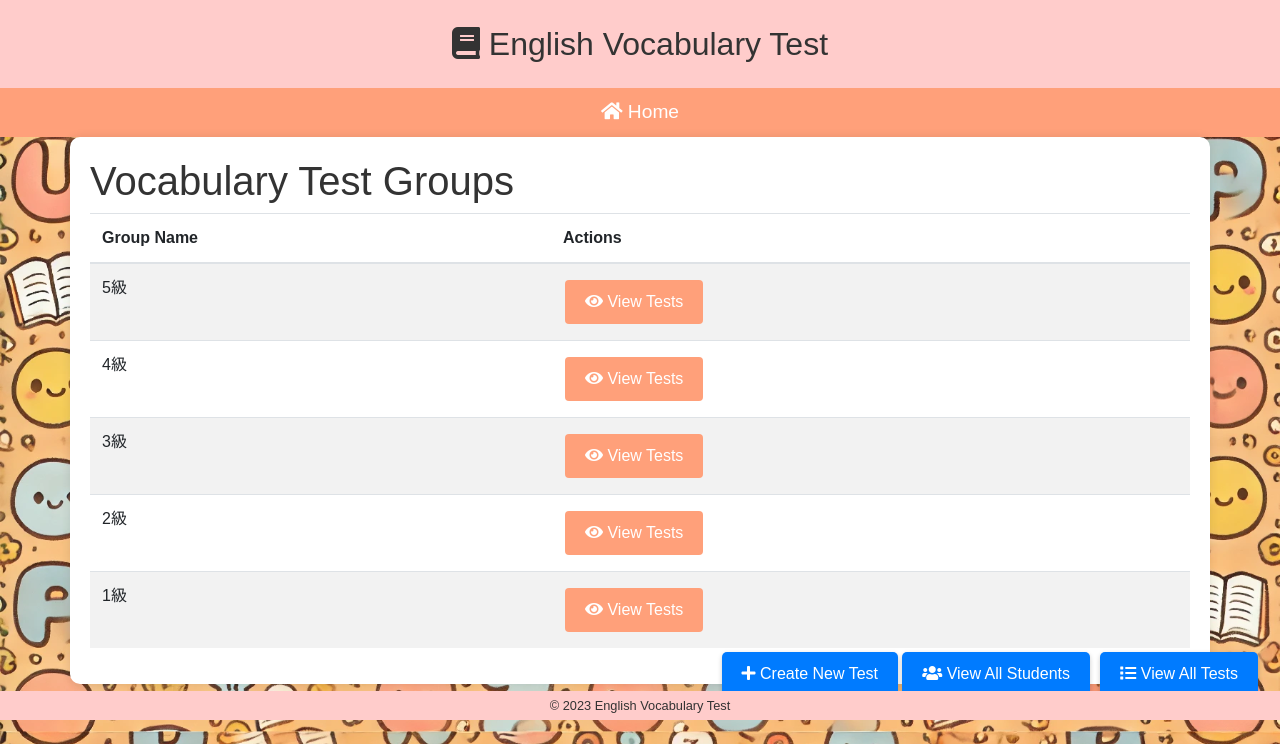
Repository: YamatoGH/testapp
Page: http://localhost/
These files come from the project's save history. The page is drawn as it stood at one moment and after the next save; the edit follows.
The browser window is 1280 px wide. The pictures show the whole page.
Backgrounds fixed to the window are drawn as part of the page. The page is served by the project's application, run on Django 5.2 (manage.py). Other server files are loaded and not shown. The page reads the database file committed with the project.

Above is the page before, as saved 2024-07-21 08:55:48.

### testapp/templates/testapp/home.html
{% extends "testapp/base.html" %}

{% block title %}Home{% endblock %}

{% block content %}
<h1>Vocabulary Test Groups</h1>
<table class="table table-striped table-hover">
    <thead>
        <tr>
            <th>Group Name</th>
            <th>Actions</th>
        </tr>
    </thead>
    <tbody>
        {% for group in groups %}
        <tr>
            <td>{{ group.name }}</td>
            <td><a href="{% url 'group_tests' group.id %}" class="btn btn-custom"><i class="fas fa-eye"></i> View Tests</a></td>
        </tr>
        {% endfor %}
    </tbody>
</table>

<!-- 新しいテストを作成するボタン -->
<a href="{% url 'create_test' %}" class="btn btn-custom create-test-button"><i class="fas fa-plus"></i> Create New Test</a>

<!-- すべての生徒を表示するボタン -->
<a href="{% url 'student_list' %}" class="btn btn-custom view-all-students-button"><i class="fas fa-users"></i> View All Students</a>

<!-- すべてのテストを表示するボタン -->
<a href="{% url 'all_tests' %}" class="btn btn-custom all-tests-button"><i class="fas fa-list"></i> View All Tests</a>

{% endblock %}

### testapp/templates/testapp/base.html
<!DOCTYPE html>
<html>
<head>
    {% load static %}
    <title>{% block title %}English Vocabulary Test{% endblock %}</title>
    <link rel="stylesheet" href="https://stackpath.bootstrapcdn.com/bootstrap/4.3.1/css/bootstrap.min.css">
    <link rel="stylesheet" href="https://cdnjs.cloudflare.com/ajax/libs/font-awesome/5.15.3/css/all.min.css">
    <link rel="stylesheet" type="text/css" href="{% static 'testapp/css/style.css' %}">
</head>
<body>
    <header>
        <i class="fas fa-book"></i> English Vocabulary Test
    </header>
    <nav>
        <a href="{% url 'home' %}"><i class="fas fa-home"></i> Home</a>
    </nav>
    <div class="container">
        {% block content %}{% endblock %}
    </div>
    <footer>
        &copy; 2023 English Vocabulary Test
    </footer>
</body>
<script>
    document.addEventListener("DOMContentLoaded", function() {
        var coll = document.getElementsByClassName("collapsible");
        for (var i = 0; i < coll.length; i++) {
            coll[i].addEventListener("click", function() {
                this.classList.toggle("active");
                var content = this.nextElementSibling;
                if (content.style.display === "block") {
                    content.style.display = "none";
                } else {
                    content.style.display = "block";
                }
            });
        }
    });
</script>
</html>

### testapp/models.py
from django.db import models

class Group(models.Model):
    name = models.CharField(max_length=100)

    def __str__(self):
        return self.name

class Test(models.Model):
    title = models.CharField(max_length=100)
    description = models.TextField(null=True, blank=True)
    words = models.ManyToManyField('Word', blank=True)
    group = models.ForeignKey(Group, on_delete=models.CASCADE, related_name='tests', null=True, blank=True)

    def __str__(self):
        return self.title

class Word(models.Model):
    word = models.CharField(max_length=100)
    meaning = models.CharField(max_length=255)

    def __str__(self):
        return self.word

class Student(models.Model):
    name = models.CharField(max_length=100)

    def __str__(self):
        return f"{self.name} "

### testapp/views.py
import csv
import pandas as pd
from django.shortcuts import render, redirect, get_object_or_404
from django.forms import formset_factory
from .forms import TestForm, WordForm
from .models import Word, Test, Group, Student
import random

def create_test(request):
    WordFormSet = formset_factory(WordForm, extra=1)
    if request.method == 'POST':
        form = TestForm(request.POST, request.FILES)
        formset = WordFormSet(request.POST, prefix='words')
        if form.is_valid() and formset.is_valid():
            test = form.save(commit=False)
            test.save()
            for word_form in formset:
                word = word_form.cleaned_data.get('word')
                meaning = word_form.cleaned_data.get('meaning')
                if word and meaning:
                    word_obj, created = Word.objects.get_or_create(word=word, meaning=meaning)
                    test.words.add(word_obj)
            if 'file' in request.FILES:
                file = request.FILES['file']
                if file.name.endswith('.csv'):
                    reader = csv.reader(file.read().decode('utf-8').splitlines())
                    for row in reader:
                        if len(row) == 2:
                            word, meaning = row
                            word_obj, created = Word.objects.get_or_create(word=word.strip(), meaning=meaning.strip())
                            test.words.add(word_obj)
                elif file.name.endswith('.xlsx'):
                    df = pd.read_excel(file)
                    for _, row in df.iterrows():
                        if len(row) >= 2:
                            word, meaning = row[0], row[1]
                            word_obj, created = Word.objects.get_or_create(word=word.strip(), meaning=meaning.strip())
                            test.words.add(word_obj)
            return redirect('home')
    else:
        form = TestForm()
        formset = WordFormSet(prefix='words')
    return render(request, 'testapp/create_test.html', {'form': form, 'formset': formset})

def all_tests(request):
    tests = Test.objects.all()
    return render(request, 'testapp/all_tests.html', {'tests': tests})

def group_tests(request, group_id):
    group = get_object_or_404(Group, id=group_id)
    tests = group.tests.all()  # 'tests' は 'related_name' に基づく
    return render(request, 'testapp/group_tests.html', {'group': group, 'tests': tests})

def home(request):
    groups = Group.objects.all()
    return render(request, 'testapp/home.html', {'groups': groups})

def test_detail(request, test_id):
    test = get_object_or_404(Test, id=test_id)
    words = test.words.all()
    return render(request, 'testapp/test_detail.html', {'test': test, 'words': words})

def print_test(request, test_id, start_index, end_index, shuffle):
    test = get_object_or_404(Test, id=test_id)
    words = list(test.words.all())
    if shuffle == 'yes':
        random.shuffle(words)
    words = words[start_index:end_index]
    return render(request, 'testapp/print_test.html', {'test': test, 'words': words})

def print_test_with_answers(request, test_id, start_index, end_index, shuffle):
    test = get_object_or_404(Test, id=test_id)
    words = list(test.words.all())
    if shuffle == 'yes':
        random.shuffle(words)
    words = words[start_index:end_index]
    return render(request, 'testapp/print_test_with_answers.html', {'test': test, 'words': words})

def student_list(request):
    students = Student.objects.all()
    return render(request, 'testapp/student_list.html', {'students': students})

### vocab_test/urls.py
"""
URL configuration for vocab_test project.

The `urlpatterns` list routes URLs to views. For more information please see:
    https://docs.djangoproject.com/en/5.0/topics/http/urls/
Examples:
Function views
    1. Add an import:  from my_app import views
    2. Add a URL to urlpatterns:  path('', views.home, name='home')
Class-based views
    1. Add an import:  from other_app.views import Home
    2. Add a URL to urlpatterns:  path('', Home.as_view(), name='home')
Including another URLconf
    1. Import the include() function: from django.urls import include, path
    2. Add a URL to urlpatterns:  path('blog/', include('blog.urls'))
"""
from django.contrib import admin
from django.urls import include, path

urlpatterns = [
    path('admin/', admin.site.urls),
    path('', include('testapp.urls')),
]

### testapp/urls.py
from django.conf import settings
from django.conf.urls.static import static
from django.urls import path
from . import views

urlpatterns = [
    path('', views.home, name='home'),
    path('test/<int:test_id>/', views.test_detail, name='test_detail'),
    path('print-test/<int:test_id>/<int:start_index>/<int:end_index>/<str:shuffle>/', views.print_test, name='print_test'),
    path('print-test-with-answers/<int:test_id>/<int:start_index>/<int:end_index>/<str:shuffle>/', views.print_test_with_answers, name='print_test_with_answers'),
    path('create-test/', views.create_test, name='create_test'),
    path('group-tests/<int:group_id>/', views.group_tests, name='group_tests'),
    path('all-tests/', views.all_tests, name='all_tests'),
    path('students/', views.student_list, name='student_list'),
]

if settings.DEBUG:
    urlpatterns += static(settings.STATIC_URL, document_root=settings.STATIC_ROOT)

### testapp/static/testapp/css/style.css
body {
    font-family: 'Comic Sans MS', cursive, sans-serif;
    background-color: #f0f8ff;
    color: #333;
    margin: 0;
    padding: 0;
    background-image: url('/static/testapp/images/background.jpg'); /* ここに背景画像のURLを入力 */
    background-size: cover;
    background-repeat: no-repeat;
    background-attachment: fixed; /* 背景画像を固定 */
    display: flex;
    flex-direction: column;
    min-height: 100vh;
}

header {
    background-color: #ffcccb;
    padding: 20px;
    text-align: center;
    font-size: 2em;
    color: #333;
}

nav {
    background-color: #ffa07a;
    padding: 10px;
    text-align: center;
}

nav a {
    margin: 0 15px;
    color: #fff;
    text-decoration: none;
    font-size: 1.2em;
}

nav a:hover {
    text-decoration: underline;
}

.container {
    flex: 1;  /* Main content will take all available space */
    padding: 20px;
    background-color: rgba(255, 255, 255, 1.0);
    border-radius: 10px;
    box-shadow: 0 0 10px rgba(0, 0, 0, 0.1);
    margin-bottom: 60px;  /* Add some space at the bottom to avoid overlap with the footer */
}

footer {
    background-color: #ffcccb;
    padding: 5px;  /* Adjusted padding */
    text-align: center;
    font-size: 0.8em;  /* Adjusted font size */
    position: fixed;
    width: 100%;
    bottom: 0;
}

.btn-custom {
    background-color: #ffa07a;
    border: none;
    color: white;
    padding: 10px 20px;
    text-align: center;
    text-decoration: none;
    display: inline-block;
    font-size: 16px;
    margin: 4px 2px;
    transition-duration: 0.4s;
    cursor: pointer;
}

.btn-custom:hover {
    background-color: white;
    color: black;
    border: 2px solid #ffa07a;
}

.collapsible {
    cursor: pointer;
    padding: 10px;
    width: 100%;
    border: none;
    text-align: center;
    outline: none;
    font-size: 1em;
}

.active, .collapsible:hover {
    background-color: #ddd;
}

.collapsible-content {
    display: none;
    overflow: hidden;
    padding: 0 10px;
}

.all-tests-button, .create-test-button, .view-all-students-button {
    position: fixed;
    bottom: 20px;
    background-color: #007bff;
    color: white;
    padding: 10px 20px;
    border-radius: 5px;
    text-decoration: none;
    box-shadow: 0 2px 5px rgba(0,0,0,0.2);
    transition: background-color 0.3s ease;
}

.all-tests-button:hover, .create-test-button:hover {
    background-color: #0056b3;
}

.all-tests-button {
    right: 20px;
}

.view-all-students-button {
    right: 188px; /* Adjust as needed */
}

.create-test-button {
    right: 380px; /* Adjust as needed */
}

### db.sqlite3 (the tables this page reads, as SQL)
CREATE TABLE "testapp_group" ("id" integer NOT NULL PRIMARY KEY AUTOINCREMENT, "name" varchar(100) NOT NULL);
INSERT INTO "testapp_group" VALUES
(3, '5級'),
(5, '4級'),
(6, '3級'),
(7, '2級'),
(8, '1級');

After the next save:
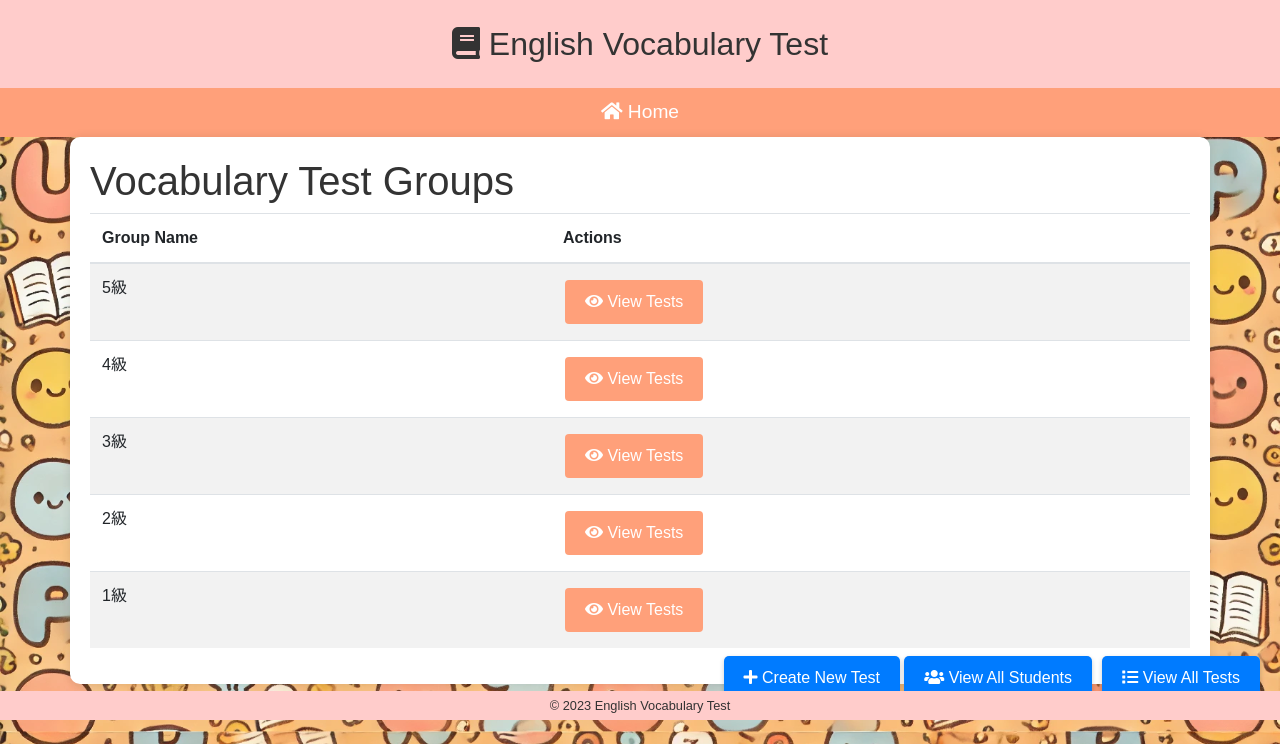
Saved 59 min 59 s later.
--- a/testapp/templates/testapp/home.html
+++ b/testapp/templates/testapp/home.html
@@ -22,12 +22,12 @@
 </table>
 
 <!-- 新しいテストを作成するボタン -->
-<a href="{% url 'create_test' %}" class="btn btn-custom create-test-button"><i class="fas fa-plus"></i> Create New Test</a>
+<a href="{% url 'create_test' %}" class="create-test-button"><i class="fas fa-plus"></i> Create New Test</a>
 
 <!-- すべての生徒を表示するボタン -->
-<a href="{% url 'student_list' %}" class="btn btn-custom view-all-students-button"><i class="fas fa-users"></i> View All Students</a>
+<a href="{% url 'student_list' %}" class="view-all-students-button"><i class="fas fa-users"></i> View All Students</a>
 
 <!-- すべてのテストを表示するボタン -->
-<a href="{% url 'all_tests' %}" class="btn btn-custom all-tests-button"><i class="fas fa-list"></i> View All Tests</a>
+<a href="{% url 'all_tests' %}" class="all-tests-button"><i class="fas fa-list"></i> View All Tests</a>
 
 {% endblock %}

After the save that followed:
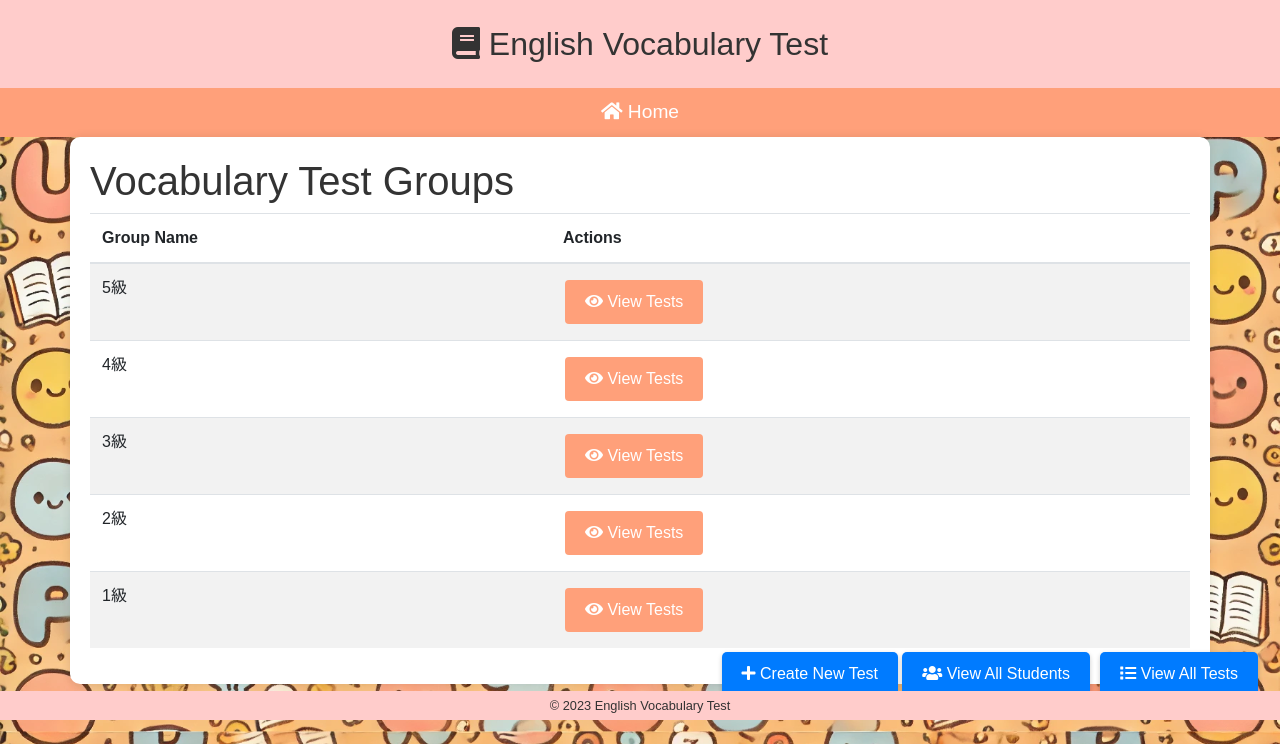
Saved 47 s later.
--- a/testapp/templates/testapp/home.html
+++ b/testapp/templates/testapp/home.html
@@ -22,12 +22,12 @@
 </table>
 
 <!-- 新しいテストを作成するボタン -->
-<a href="{% url 'create_test' %}" class="create-test-button"><i class="fas fa-plus"></i> Create New Test</a>
+<a href="{% url 'create_test' %}" class="btn btn-custom create-test-button"><i class="fas fa-plus"></i> Create New Test</a>
 
 <!-- すべての生徒を表示するボタン -->
-<a href="{% url 'student_list' %}" class="view-all-students-button"><i class="fas fa-users"></i> View All Students</a>
+<a href="{% url 'student_list' %}" class="btn btn-custom view-all-students-button"><i class="fas fa-users"></i> View All Students</a>
 
 <!-- すべてのテストを表示するボタン -->
-<a href="{% url 'all_tests' %}" class="all-tests-button"><i class="fas fa-list"></i> View All Tests</a>
+<a href="{% url 'all_tests' %}" class="btn btn-custom all-tests-button"><i class="fas fa-list"></i> View All Tests</a>
 
 {% endblock %}
